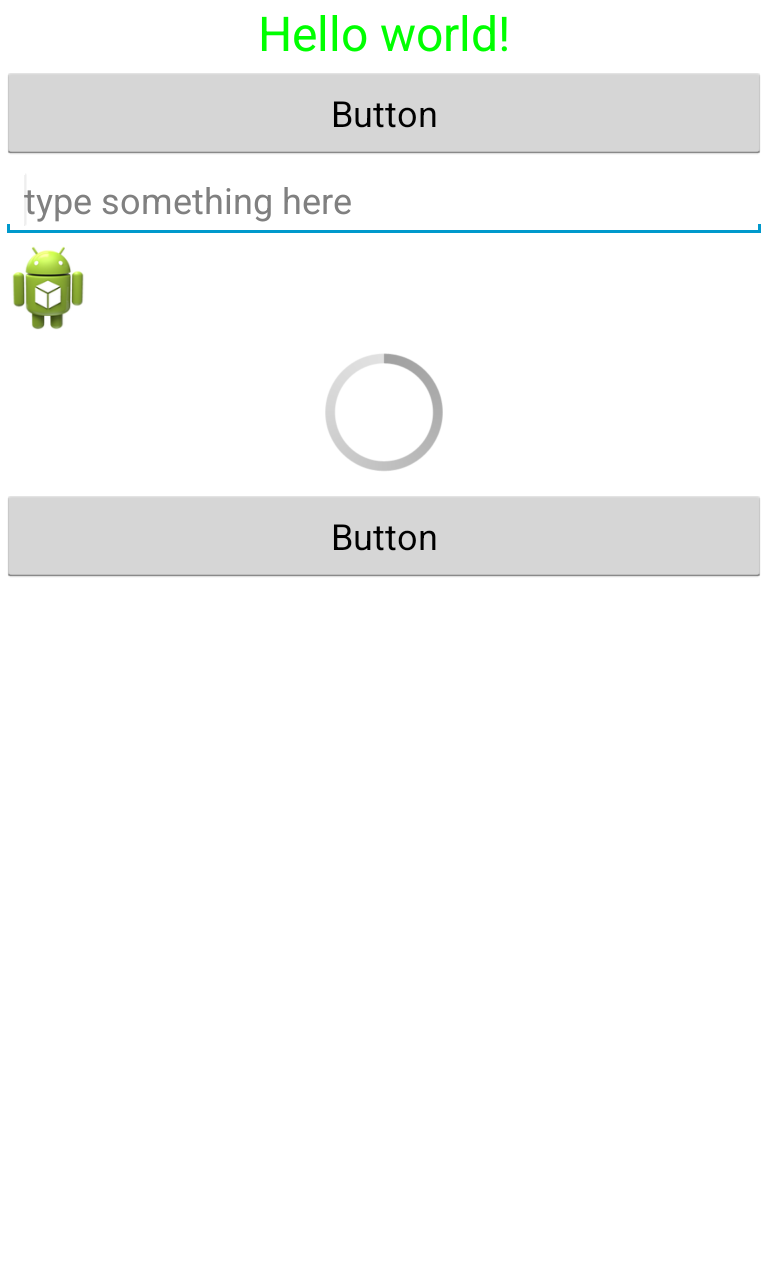
Repository: GUNDAMR/firstcode_android
Layout: C3UIWidgetTest/res/layout/activity_main.xml
These files come from the project's save history. The layout is drawn as it stood at one moment and after the next save; the edit follows.
It is drawn on a 768 x 1280 px phone screen (xhdpi) without system bars, with theme AppTheme; the app's code is not run.

Above is the layout before, as saved 2014-12-11 12:52:57.

After the next save:
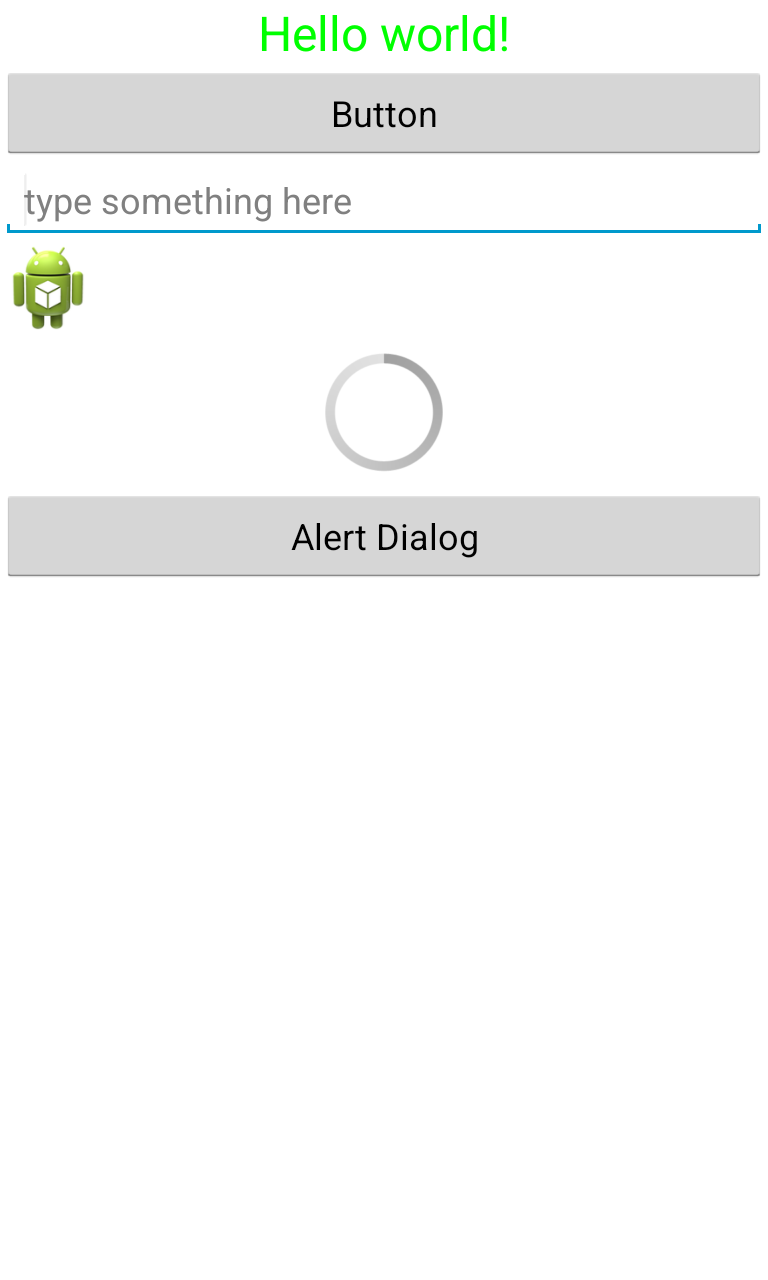
Saved 6 min 41 s later.
--- a/C3UIWidgetTest/res/layout/activity_main.xml
+++ b/C3UIWidgetTest/res/layout/activity_main.xml
@@ -46,6 +46,6 @@
         android:id="@+id/btn_alert"
         android:layout_width="match_parent"
         android:layout_height="wrap_content"
-        android:text="Button" />
+        android:text="Alert Dialog" />
 
 </LinearLayout>
